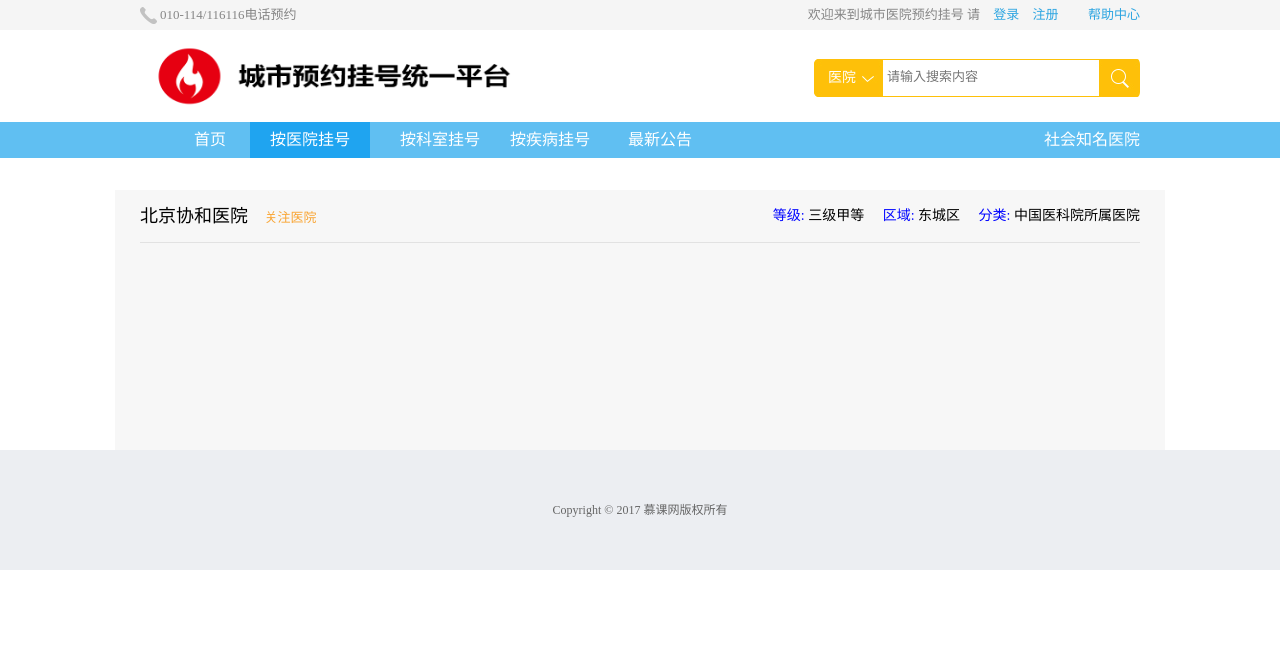
Repository: ScarApocalypse/study
Page: 挂号平台/hospital_detail.html
These files come from the project's save history. The page is drawn as it stood at one moment and after the next save; the edit follows.
The browser window is 1280 px wide. The pictures show the whole page.

Above is the page before, as saved 2019-01-22 22:11:09.

After the next save:
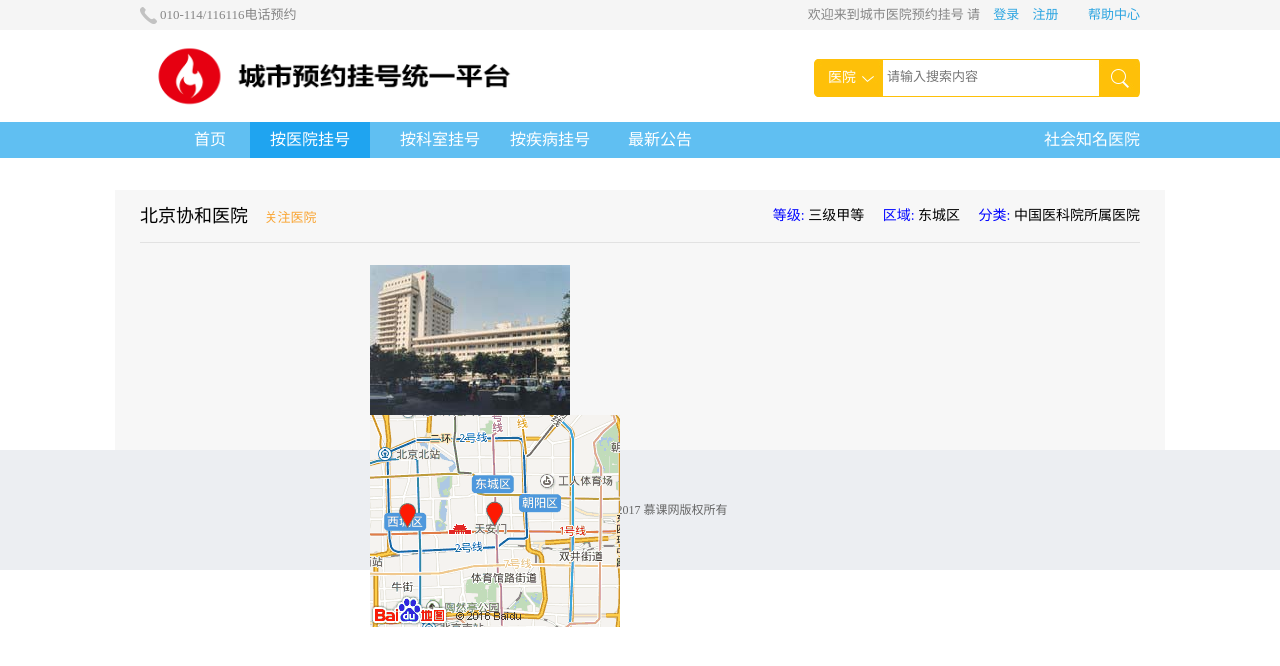
Saved 110 s later.
--- a/挂号平台/hospital_detail.html
+++ b/挂号平台/hospital_detail.html
@@ -71,6 +71,10 @@
                 <span class="text">中国医科院所属医院</span>
             </div>
         </div>
+        <div class="hospitalDetail-content">
+        <img src="img/hospital-1.jpg" alt="">
+        <img src="img/map-1.png" alt="">
+        </div>
     </div>
     <!-- 页脚区域 -->
     <div id="footer" class="footer">
